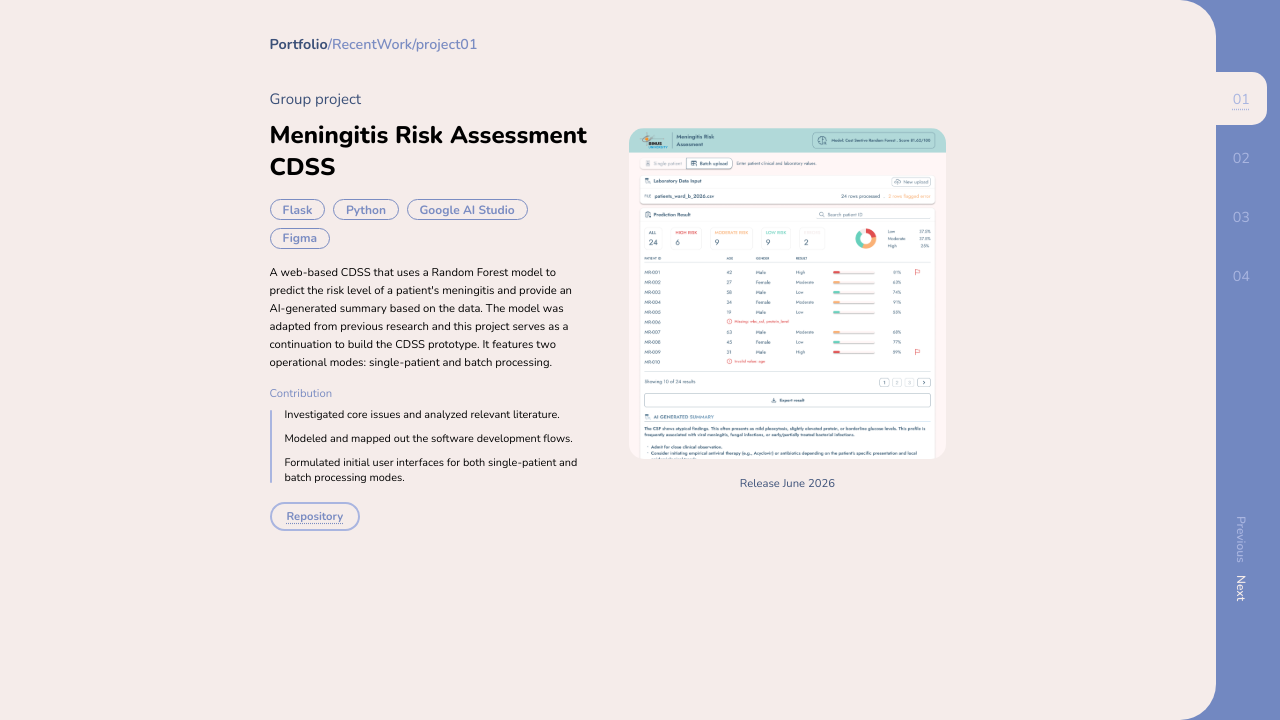
Repository: L-vy/L-vy
Page: /recentworks/project01
An editor plug-in stored every save of this project. The page is shown before and after the next save, followed by the edit.
The browser window is 1280 px wide. The pictures show the whole page.
Some web fonts or font styles are not loaded; a fallback is used. The project was rebuilt for these pictures with package versions that can differ from the ones it lists, and the page was loaded fresh each time. Also part of the build but not shown: vite.config.ts, src/components/Icon.tsx, src/data/site.ts, src/components/useGoTo.ts, src/components/Navbar.tsx, src/components/Hero.tsx, src/components/Reveal.tsx, src/components/Skills.tsx and 9 more.

Above is the page before, as saved 2026-10-07 20:41:36.

### index.html
<!doctype html>
<html lang="en">
  <head>
    <meta charset="UTF-8" />
    <meta name="viewport" content="width=device-width, initial-scale=1.0" />
    <meta name="description" content="Portfolio of Latasha Ivy Khoe, Computer Science student specializing in Cloud Technology, UI/UX design and full-stack development." />
    <meta name="theme-color" content="#7288c1" />
    <link rel="icon" href="/images/ivy-logo.svg" />
    <link rel="preconnect" href="https://fonts.googleapis.com" />
    <link rel="preconnect" href="https://fonts.gstatic.com" crossorigin />
    <link href="https://fonts.googleapis.com/css2?family=Nunito:ital,wght@0,400;0,600;0,700;0,800;1,400&family=Playwrite+US+Modern:wght@100..400&display=swap" rel="stylesheet" />
    <title>Latasha Ivy Khoe | Portfolio</title>
  </head>
  <body>
    <div id="root"></div>
    <script type="module" src="/src/main.tsx"></script>
  </body>
</html>

### src/main.tsx
import { StrictMode } from 'react'
import { createRoot } from 'react-dom/client'
import App from './App'
import './styles.css'
createRoot(document.getElementById('root')!).render(<StrictMode><App /></StrictMode>)

### src/App.tsx
import { BrowserRouter, Route, Routes } from 'react-router-dom'
import Home from './pages/Home'
import ProjectDetails from './pages/ProjectDetails'
import CursorCircle from './components/CursorCircle'
export default function App() {
  return (
    <BrowserRouter>
      <CursorCircle />
      <Routes>
        <Route path="/" element={<Home />} />
        <Route path="/recentworks/:id" element={<ProjectDetails />} />
        <Route path="*" element={<Home />} />
      </Routes>
    </BrowserRouter>
  )
}

### src/styles.css
/* Sizes are authored at design scale (16px = 1rem) and rendered at 75% via html{font-size:75%}. */
:root{--blue:#7288c1;--cream:#f5ecea;--ink:#3b5078;--peri:#7a8cc2;--light:#a9b5e0;--bar:#9fadd1;--pill:#d3d6e6;--panel:#d1d4e3;--ph:#d9d9d9;--txt:#000;--gut:max(3.5rem,calc((100% - 68.75rem)/2 + 3.5rem));color-scheme:light}
html{font-size:75%}
*{box-sizing:border-box}
body{margin:0;background:var(--cream);color:var(--txt);font-family:'Nunito',system-ui,sans-serif;line-height:1.4}
h1,h2,h3,p,ul{margin:0}
ul{padding:0;list-style:none}
a{color:inherit}
button{font-family:inherit;cursor:pointer}
img{max-width:100%}
:focus-visible{outline:3px solid var(--ink);outline-offset:3px}
.fx{font-family:'Playwrite US Modern','Nunito',cursive;font-weight:400}
.nav{position:relative;height:4.5rem;background:var(--blue)}
.nav::after{content:'';position:absolute;left:0;right:0;top:100%;height:2.875rem;background:var(--blue)}
.nav-tabs{max-width:68.75rem;margin:0 auto;height:100%;display:flex;align-items:flex-end;padding-left:28%}
.nav-tab{width:8.25rem;height:4rem;border:0;background:none;color:#e9ecf7;display:grid;place-items:center;padding:0;transition:opacity .25s}
.nav-tab:hover{opacity:.8}
.nav-tab.active{background:var(--cream);border-radius:1.5rem 1.5rem 0 0;color:var(--light);opacity:1}
.nav-tab img{height:2.125rem}
.page{position:relative;z-index:1;background:var(--cream);border-radius:2.875rem 2.875rem 0 0;padding:0 var(--gut)}
.section{padding-top:5.625rem}
.hero{position:relative;padding-top:2.875rem}
.hero-top{display:flex;justify-content:space-between;align-items:center}
.path{font-size:1.1875rem;font-weight:600;color:var(--peri)}
.path b{color:var(--ink);font-weight:700}
.crumb{background:none;border:0;padding:0;font:inherit;color:inherit}
.contact-link{background:none;border:0;font-size:1.1875rem;font-weight:700;color:var(--ink)}
.hero-grid{display:grid;grid-template-columns:16.875rem 1fr;gap:3.125rem;align-items:center;margin-top:3.25rem}
.hero-photo{width:100%;aspect-ratio:1;object-fit:cover;background:var(--ph);border-radius:2.5rem;transition:transform .3s}
.hero-photo:hover{transform:rotate(-1.2deg) scale(1.015)}
.hello{height:3.375rem;width:auto;display:block}
h1{margin-top:0.25rem;font:400 2.5rem/1.35 'Playwrite US Modern','Nunito',cursive}
.lead{max-width:30rem;font-size:1.0625rem;line-height:1.6;margin-top:0.875rem}
.lead.sm{font-size:0.9375rem;max-width:none;margin-top:1.25rem}
.actions{display:flex;align-items:center;gap:2.25rem;margin-top:1.625rem;flex-wrap:wrap}
.btn{display:inline-flex;align-items:center;gap:0.5rem;background:var(--ink);color:#fff;border:0;border-radius:62.4375rem;padding:0.75rem 1.375rem;font-size:1.0625rem;font-weight:700;transition:transform .25s}
.btn:hover{transform:translateY(-2px)}
.btn.blue{background:var(--blue);font-size:1.1875rem;padding:0.875rem 1.75rem}
.link-dotted{text-decoration:underline dotted;text-underline-offset:0.25rem;font-weight:700}
.link-dotted.grey{color:#777;font-size:1.0625rem}
.butterfly{display:block;margin:4rem auto 0;width:6rem}
.intro{max-width:47.5rem;margin:4.375rem auto 0;text-align:center}
.intro-text{font-size:1rem;line-height:1.7}
.pills{display:flex;flex-wrap:wrap;gap:0.625rem;justify-content:center;margin-top:1.375rem}
.pills.left{justify-content:flex-start}
.pill{border-radius:24rem;padding:0.1rem 1rem;font-weight:700;font-size:0.9375rem;background:var(--pill);color:var(--peri)}
.pill.solid-outline{background:none;border:1.5px solid var(--peri);font-size:1rem}
.reveal{opacity:0;transform:translateY(0.875rem);transition:opacity .6s,transform .6s}
.reveal.in{opacity:1;transform:none}
.fill{height:100%}
.cards{display:grid;grid-template-columns:repeat(4,1fr);gap:1.625rem;margin-top:2.125rem}
.card{display:flex;flex-direction:column;min-width:0}
.card-img{display:block;aspect-ratio:400/420;border-radius:2.25rem;overflow:hidden;background:var(--ph);transition:transform .3s}
.card-img img{width:100%;height:100%;object-fit:cover;display:block}
.card:hover .card-img{transform:rotate(-1.2deg) scale(1.015)}
.card-title{display:flex;justify-content:space-between;align-items:flex-start;gap:0.5rem;margin-top:1rem;color:var(--ink)}
.card-title .icon{flex:none}
.clamp{font-size:1.125rem;font-weight:800;line-height:1.3;color:var(--txt);display:-webkit-box;-webkit-line-clamp:2;-webkit-box-orient:vertical;overflow:hidden}
.card-sum{font-size:0.875rem;line-height:1.5;margin-top:0.375rem}
.card-links{margin-top:0.625rem}
.card-links .link-dotted{color:var(--peri);font-size:0.875rem}
.tabbar{position:relative;background:var(--bar);border-radius:62.4375rem;padding:0.375rem 0.5rem;display:flex;justify-content:center;gap:0.75rem;margin-top:2.125rem;box-shadow:0 0.5rem 0.875rem -0.375rem rgba(60,70,110,.35)}
.tabwrap{position:relative;width:min(9.375rem,22%)}
.tab{width:100%;border:0;border-radius:62.4375rem;padding:0.5rem 0;font-size:1rem;font-weight:700;background:var(--pill);color:#8f9dcf;transition:background .25s,color .25s}
.tab.on{background:#fff;color:var(--ink)}
.pointer{position:absolute;left:50%;bottom:-1.25rem;margin-left:-0.5625rem;border:0.5625rem solid transparent;border-top:0;border-bottom:0.8125rem solid var(--ink)}
.panel{margin-top:2.75rem;background:var(--panel);border-radius:1.375rem;height:30.625rem;box-shadow:0 0.375rem 1rem -0.5rem rgba(60,70,110,.3);transition:background .3s,box-shadow .3s}
.panel.bound{background:transparent;box-shadow:none}
.banner{height:100%;display:flex;flex-direction:column;gap:2.125rem;padding:1.875rem 2.125rem 2.5rem}
.banner-img{flex:1;min-height:0;width:100%;object-fit:cover;background:var(--ph);border-radius:2.25rem;transition:transform .3s}
.banner:hover .banner-img{transform:rotate(-1.2deg) scale(1.015)}
.tx{padding-left:0.4375rem}
.tx h2{font-size:1.625rem;line-height:1.4}
.tx h3{margin-top:2px;font-size:1.1875rem;font-weight:700}
.tx p{margin-top:0.375rem;font-style:italic;font-size:0.9375rem}
.folders{height:100%;display:grid;grid-template-columns:1fr 1fr;gap:1.5rem;padding:1.75rem 2rem}
.folder{--rim:#3b5078;--body:#f3f3f9;background:var(--rim);border-radius:1.875rem;padding:1.5px;display:flex;flex-direction:column;overflow:hidden}
.media{height:11.875rem;margin-bottom:-2.5rem;flex:none;position:relative;overflow:hidden;border-radius:1.78125rem 1.78125rem 0 0;background:var(--ph)}
.media>*{display:block;width:100%;height:100%;object-fit:cover;background:var(--ph);transform:scale(1.06);transition:transform .3s}
.folder:hover .media>*{transform:rotate(-1.2deg) scale(1.1)}
.rest{flex:1;position:relative;z-index:1;background:var(--body);border-radius:0 1.78125rem 1.78125rem 1.78125rem;padding:0 1.375rem 1.125rem;display:flex;flex-direction:column}
.rest .tab{position:absolute;left:0;top:-2.25rem;width:80%;height:2.3125rem;padding:0;border-radius:1.25rem 1.25rem 0 0;background:var(--body)}
.rest .tab::after{content:'';position:absolute;right:-1.25rem;bottom:0;width:1.25rem;height:1.25rem;background:radial-gradient(circle at 100% 0,transparent 1.21875rem,var(--body) 1.25rem)}
.head{position:relative;margin-top:-1.375rem}
.head::before{content:'';float:right;width:24%;height:1rem}
.head b{display:-webkit-box;-webkit-line-clamp:3;-webkit-box-orient:vertical;overflow:hidden;font-size:1.0625rem;font-weight:800;line-height:1.25}
.head span{display:block;font-size:0.9375rem;color:#6f748f;margin-top:2px}
.folder p{margin-top:0.75rem;font-size:0.84375rem;font-style:italic;line-height:1.5;display:-webkit-box;-webkit-line-clamp:4;-webkit-box-orient:vertical;overflow:hidden}
.foot{margin-top:auto;padding-top:0.625rem;display:flex;justify-content:space-between;align-items:center;min-height:2.75rem}
.foot strong{font-size:1.5625rem;line-height:1.3}
.go{display:grid;place-items:center;width:2.5rem;height:2.5rem;border-radius:50%;background:var(--ink);color:#fff;transition:transform .25s}
.go:hover{transform:translate(2px,-2px)}
.exp{position:relative;height:100%}
.plate{position:absolute;left:0;top:0;bottom:0;width:8.125rem;background:#c9cde0;border-radius:1.625rem 0 0 1.625rem;box-shadow:0 0.625rem 1.125rem -0.625rem rgba(60,70,110,.4)}
.rail{position:absolute;left:0;top:4.4375rem;width:3.75rem;height:0;z-index:2}
.rail button{position:absolute;left:0.8125rem;top:calc(var(--i)*4.5rem);width:2.9375rem;height:5.25rem;z-index:calc(var(--i) + 1);border:0;background:var(--c);color:#fff;border-radius:1.125rem 0 0 1.125rem;display:grid;place-items:center;padding:0;transition:left .25s,width .25s}
.rail button:hover,.rail button[aria-selected=true]{left:0.4375rem;width:3.3125rem}
.rail button[aria-selected=true]{z-index:10}
.fcard{--acc:#9fadd1;position:absolute;left:3.75rem;right:0;top:0;bottom:0;background:var(--cream);border:2.5px solid var(--acc);border-radius:1.625rem;box-shadow:0 0.625rem 1.25rem -0.625rem rgba(60,70,110,.4);padding:1.375rem 1.75rem 1.375rem 1.875rem;overflow:hidden;transition:border-color .35s}
.pg{position:relative;height:100%;display:grid;grid-template-columns:1fr 1fr;grid-template-rows:auto 1fr;column-gap:3.5rem;animation:in .4s ease both}
@keyframes in{from{opacity:0;transform:translateY(0.5rem)}to{opacity:1;transform:none}}
.lab{grid-column:1/-1;font-size:0.8125rem}
.col{display:flex;flex-direction:column;min-width:0}
.col.end{align-self:end;padding-bottom:0.625rem}
.t{font-size:1.6875rem;font-weight:800;color:var(--ttl);line-height:1.2;margin-top:1.75rem}
.col.end .t{margin-top:0}
.sub{font-size:1.25rem;color:var(--ttl);margin-top:0.375rem}
.d{font-size:0.875rem;line-height:1.55;margin-top:1rem;font-style:italic}
.h{font-size:0.8125rem;margin:1.375rem 0 0.375rem}
.col ul{padding-left:1.25rem;font-size:0.84375rem;line-height:1.55;list-style:disc}
.stack,.zig{position:relative;margin-top:auto}
.stack{height:8rem}
.zig{margin-top:0.875rem}
.sp{position:absolute;display:block;width:62%;height:7.375rem;object-fit:cover;background:var(--ph);border:1px solid var(--txt);border-radius:1.625rem;transform:rotate(var(--r));transition:transform .3s}
.sp:hover{z-index:9;transform:rotate(calc(var(--r)*-1)) translateY(-0.3125rem) scale(1.03)}
.stack .sp:nth-child(1){--r:-2deg;left:0;top:0.375rem}
.stack .sp:nth-child(2){--r:1.5deg;left:20%;top:0.75rem}
.stack .sp:nth-child(3){--r:-1deg;left:38%;top:0}
.zig .sp{width:70%;height:7.5625rem}
.zig .sp:nth-child(1){--r:1deg;left:0;top:0}
.zig .sp:nth-child(2){--r:-1deg;left:44%;top:7rem}
.zig .sp:nth-child(3){--r:1deg;left:-1%;top:14.125rem}
.p1{left:47%;top:0.5rem;width:29%;height:8.4375rem;--r:1deg}
.p2{left:66%;top:4.875rem;width:27%;height:auto;aspect-ratio:210/297;--r:-1deg}
.contact{text-align:center;padding:5.75rem 0 6.25rem}
.contact h2{font-size:2.25rem;font-weight:400}
.contact b{font-weight:800}
.contact .btn{margin-top:1.375rem}
.footer{background:var(--blue);color:#eef0fa;padding:3.25rem var(--gut) 2.5rem;display:flex;justify-content:space-between;align-items:flex-end;gap:1.875rem;flex-wrap:wrap;min-height:14.375rem}
.footer ul{display:flex;gap:2.75rem;align-self:flex-start}
.ci{display:block;color:#dfe4f6;transition:transform .25s}
.ci:hover,.ci.pulse{transform:translateY(-0.25rem) scale(1.12)}
.footer-by{text-align:right;line-height:2;font-size:1rem}
/* .detail{border-radius:0 0 2.875rem 2.875rem;padding-top:2.875rem;padding-bottom:4.375rem} */
.detail{flex:1;min-width:0;min-height:100vh;border-radius:0 3rem 3rem 0;padding-top:2.875rem;padding-bottom:4.375rem}
.detail-grid{display:grid;grid-template-columns:1fr 1fr;gap:3.5rem;align-items:center;margin-top:2.875rem}
.detail-title{margin:0;font:800 2rem/1.3 'Nunito',sans-serif}
.detail .pills{margin-top:1.375rem}
/* ---------- Project detail: left sidebar ---------- */
.detail-shell{display:flex;min-height:100vh;background:var(--blue)}
.side{position:sticky;top:0;align-self:flex-start;flex:none;width:5.375rem;height:100vh;display:flex;flex-direction:column;padding:6rem 0 9.875rem}

/* step indicators 01–04 */
.steps{align-self:flex-start;display:grid;gap:0.5rem}
.step{display:grid;place-items:center;width:4.3125rem;height:4.4375rem;border-radius:0 1.25rem 1.25rem 0;background:transparent;color:var(--light);font-size:1.2rem;text-decoration:none;transition:opacity .25s}
.step:not(.on):hover{opacity:.8}
.step.on{background:var(--cream);color:var(--light);text-decoration:underline dotted;text-underline-offset:0.375rem}   /* RULE 2 */

/* vertical Previous / Next */
.side-nav{margin-top:auto;align-self:flex-start;width:4.3125rem;display:flex;flex-direction:column;align-items:center;gap:1rem}
.side-btn{writing-mode:vertical-rl;transform:rotate(0deg);color:var(--cream);font-size:1rem;font-weight:600;line-height:1;text-decoration:none;transition:opacity .2s}   /* white by default */
a.side-btn:hover{opacity:.8}
.side-btn.edge{color:var(--light)}   /* RULE 3 */
.meta{margin-bottom:0.875rem;font-size:1.25rem;font-weight:400;color:var(--ink)}
.contrib{margin:1.125rem 0 0.5rem;font:400 0.9375rem 'Playwrite US Modern','Nunito',cursive;color:var(--peri)}
.contrib-list {position: relative;padding-left: 1.25rem;display: grid;gap: 0.75rem;font-size: 0.90625rem;}
.contrib-list::before {content: '';position: absolute;left: 0;top: 0.25rem;bottom: 0.25rem;width: 2px;background-color:var(--light);border-radius: 9999px;}
/* .contrib-list{border-left:3px solid var(--light);border-top-left-radius: 4px;border-bottom-left-radius: 4px;padding-left:0.875rem;display:grid;gap:0.75rem;font-size:0.90625rem} */
/* .contrib-list li{display:flex;gap:0.875rem;align-items:center}
.contrib-list li::before{content:'';width:0.75rem;height:0.75rem;flex:none;border-radius:50%;border:3px solid var(--peri)} */
.detail-links{display:flex;gap:0.75rem;flex-wrap:wrap;margin-top:1.375rem}
/* .detail-links .pill{background:none;border:2px solid var(--light);color:var(--peri);padding:0.375rem 1.25rem;font:400 0.875rem 'Playwrite US Modern','Nunito',cursive;text-decoration:underline dotted;text-underline-offset:0.25rem} */
.detail-links .pill{background:none;border:2px solid var(--light);color:var(--peri);padding:0.375rem 1.25rem;font-family:inherit;font-size:0.9375rem;font-weight:700;text-decoration:underline dotted;text-underline-offset:0.25rem}
.proto{margin:0}
/* .proto img{display:block;width:100%;aspect-ratio:1/1.08;object-fit:cover;background:var(--ph);border:3px solid var(--ink);border-radius:3rem;transition:transform .3s} */
.proto img {  border: 0;  outline: 0;  border-radius: 15px;}
.proto img:hover{transform:rotate(1.2deg) scale(1.015)}
.proto figcaption{text-align:center;font-weight:500;font-size:0.9375rem;color:var(--ink);margin-top:1rem}
/* .pager{background:var(--blue);margin-top:-2.875rem;padding:5.5rem var(--gut) 1.5rem;display:flex;justify-content:center;gap:3.5rem} */
/* .pager-btn{margin-top:-3rem;height:3.25rem;display:grid;place-items:center;color:#fff;font-weight:700;font-size:1.125rem;text-decoration:none;transition:opacity .2s} */
/* .pager-btn.prev{background:var(--cream);color:var(--ink);padding:0 2.125rem;border-radius:0 0 1.5rem 1.5rem}
.pager-btn.off{opacity:.5}
.pager-btn.prev.off{opacity:1;color:var(--light)} */
/* .pager-btn.hang{background:var(--cream);color:var(--ink);padding:0 2.125rem;border-radius:0 0 1.5rem 1.5rem} */
/* .pager-btn.off{opacity:.5} */
/* .pager-btn.hang.off{opacity:1;color:var(--light)} */
.cursor-circle{position:fixed;left:0;top:0;width:4rem;height:4rem;border-radius:50%;background:rgba(114,136,193,.28);pointer-events:none;z-index:50;transform:translate(-6.25rem,-6.25rem) scale(0);transition:transform .18s}
@media (max-width:960px)
{.cards{grid-template-columns:1fr 1fr}.nav-tabs{padding-left:4%}.nav-tab{width:6rem}}
@media (max-width:760px)
{.page{border-radius:1.875rem 1.875rem 0 0;padding:0 1.25rem}.hero-grid,.detail-grid{grid-template-columns:1fr;gap:1.75rem}.hero-photo{max-width:16.25rem}h1{font-size:1.875rem}.detail-title{font-size:1.5625rem}.cards{grid-template-columns:1fr}.tab{font-size:0.75rem}.tabbar{gap:0.375rem}.pointer{display:none}.panel{height:auto}.banner{padding:1.125rem;gap:1.5rem}.banner-img{flex:none;height:11.875rem}.folders{grid-template-columns:1fr;padding:1.125rem}.folder{min-height:23.75rem}.contact h2{font-size:1.6875rem}.footer ul{gap:1.375rem}.footer-by{text-align:left}.plate{display:none}.fcard{position:static;padding:1.25rem 1.125rem;border-radius:1.375rem}.exp{height:auto}.rail{position:static;height:auto;display:flex;gap:0.375rem;padding-left:0.625rem}.rail button,.rail button:hover,.rail button[aria-selected=true]{position:static;width:3.5rem;height:2.875rem;border-radius:0.875rem 0.875rem 0 0}.pg{display:flex;flex-direction:column;gap:0.875rem;height:auto}.col.end{padding:0}.stack,.zig{height:auto;display:grid;gap:0.625rem;margin-top:0.625rem}.pg .sp{position:static;width:100%;height:6.875rem}.pg .p2{height:auto;width:58%;align-self:center}
.detail-shell{flex-direction:column;min-height:0}
.side{position:static;width:auto;height:auto;flex-direction:row;justify-content:space-between;align-items:flex-start;padding:0 1.25rem 1rem}
.steps{display:flex;gap:0.5rem;align-self:flex-start}
.step{width:3rem;height:3rem;font-size:1.25rem;border-radius:0 0 1rem 1rem}
.side-nav{width:auto;flex-direction:row;align-self:center;gap:1.25rem}
.side-btn{writing-mode:horizontal-tb;transform:none;font-size:1rem}
.detail{border-radius:0 0 1.875rem 1.875rem;min-height:0}}

@media (prefers-reduced-motion:reduce){*{transition:none!important;animation:none!important}}

### src/components/CursorCircle.tsx
import { useEffect, useRef } from 'react'
// Soft circle that follows the pointer and expands over buttons/links. Hidden on touch devices.
export default function CursorCircle() {
  const ref = useRef<HTMLDivElement>(null)
  useEffect(() => {
    if (!window.matchMedia('(hover: hover) and (pointer: fine)').matches) return
    const el = ref.current!
    const move = (e: MouseEvent) => {
      const over = (e.target as Element | null)?.closest('a,button,[data-cursor]')
      el.style.transform = `translate(${e.clientX}px,${e.clientY}px) translate(-50%,-50%) scale(${over ? 1 : 0})`
    }
    const leave = () => { el.style.transform = 'translate(-100px,-100px) scale(0)' }
    window.addEventListener('mousemove', move); document.addEventListener('mouseleave', leave)
    return () => { window.removeEventListener('mousemove', move); document.removeEventListener('mouseleave', leave) }
  }, [])
  return <div ref={ref} className="cursor-circle" aria-hidden="true" />
}

### src/components/ProjectSidebar.tsx
import { Link } from 'react-router-dom'
import { projects } from '../data/projects'

const pad = (n: number) => String(n + 1).padStart(2, '0')

export default function ProjectSidebar({ index }: { index: number }) {
  const prev = projects[index - 1], next = projects[index + 1]
  return (
    <aside className="side">
      <nav className="steps" aria-label="Projects">
        {projects.map((q, n) => (
          <Link
            key={q.id}
            to={`/recentworks/${q.id}`}
            // RULE 2: 'on' = cream tab
            className={`step fx${n === index ? ' on' : ''}`}
            aria-label={`Project ${n + 1}: ${q.title}`}
            aria-current={n === index ? 'page' : undefined}
          >{pad(n)}</Link>
        ))}
      </nav>
      <nav className="side-nav" aria-label="Previous and next project">
        {/* RULE 3: no prev → first page → 'edge' (light blue) */}
        {prev
          ? <Link className="side-btn" to={`/recentworks/${prev.id}`}>Previous</Link>
          : <span className="side-btn edge" aria-disabled="true">Previous</span>}
        {/* RULE 3: no next → last page → 'edge' (light blue) */}
        {next
          ? <Link className="side-btn" to={`/recentworks/${next.id}`}>Next</Link>
          : <span className="side-btn edge" aria-disabled="true">Next</span>}
      </nav>
    </aside>
  )
}

Loaded but not shown: src/data/projects.ts (42 lines, source omitted); src/pages/ProjectDetails.tsx (76 lines, source omitted)

After the next save:
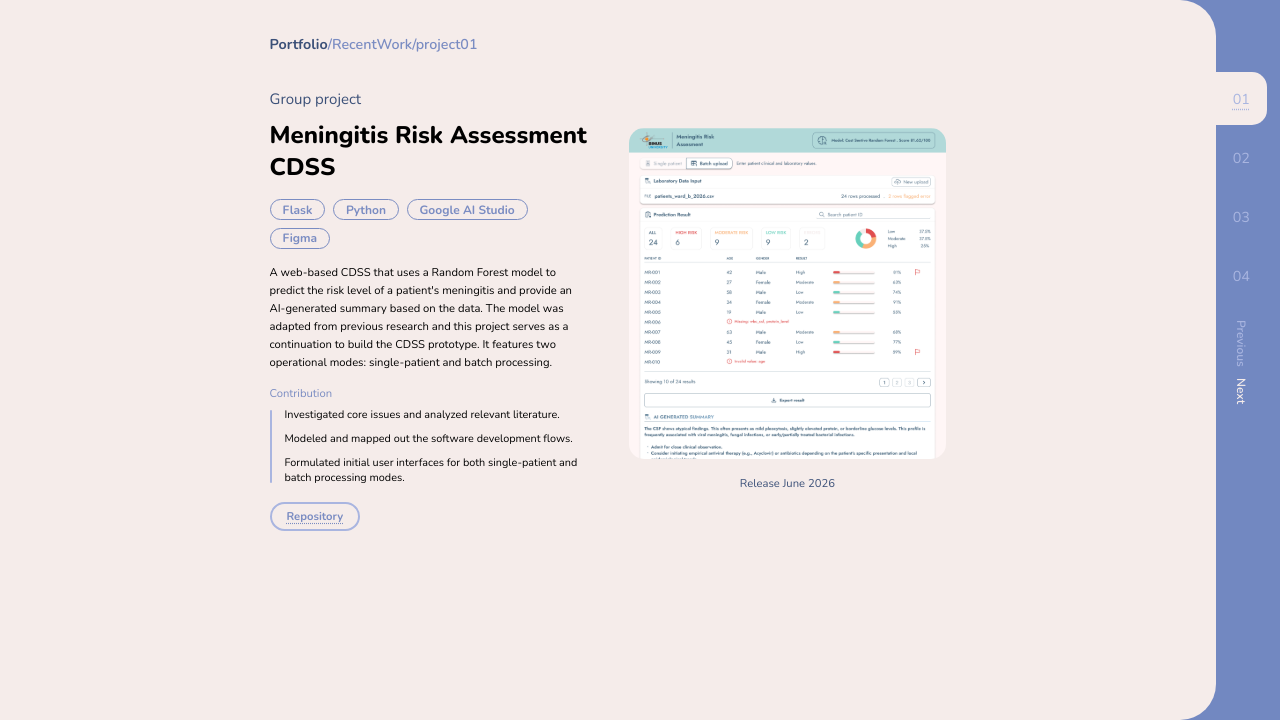
Saved 16 s later.
--- a/src/styles.css
+++ b/src/styles.css
@@ -147,7 +147,7 @@ h1{margin-top:0.25rem;font:400 2.5rem/1.35 'Playwrite US Modern','Nunito',cursiv
 .step.on{background:var(--cream);color:var(--light);text-decoration:underline dotted;text-underline-offset:0.375rem}   /* RULE 2 */
 
 /* vertical Previous / Next */
-.side-nav{margin-top:auto;align-self:flex-start;width:4.3125rem;display:flex;flex-direction:column;align-items:center;gap:1rem}
+.side-nav{margin-top:1.375rem;align-self:flex-start;width:4.3125rem;display:flex;flex-direction:column;align-items:center;gap:1rem}
 .side-btn{writing-mode:vertical-rl;transform:rotate(0deg);color:var(--cream);font-size:1rem;font-weight:600;line-height:1;text-decoration:none;transition:opacity .2s}   /* white by default */
 a.side-btn:hover{opacity:.8}
 .side-btn.edge{color:var(--light)}   /* RULE 3 */
